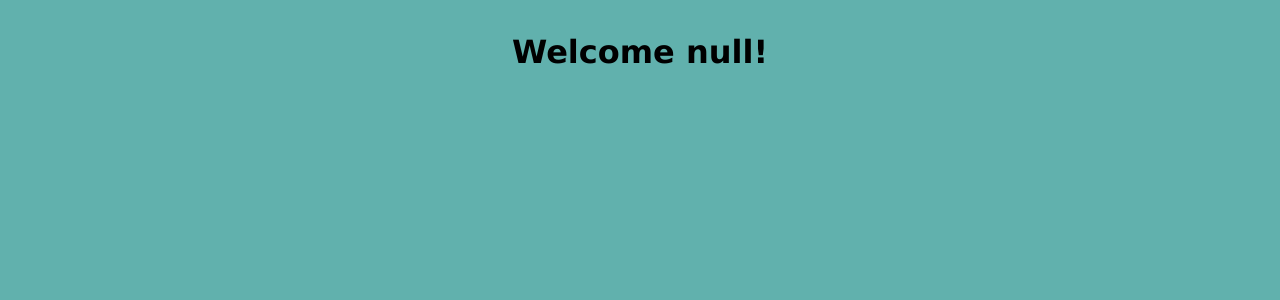
Repository: orsolyanemet/WebProject
Page: http://localhost/Project/userhome.jsp
The author's editor kept a copy of each file at every save. The page is drawn from the files as they stood at one save, then again after the next save.
The browser window is 1280 px wide. The pictures show the whole page.
The page is served by Tomcat 9. Nobody is signed in. The application's start-up code is not run. Other server files are loaded and not shown.

Above is the page before, as saved 2018-06-11 19:58:23.

### Project/WebContent/userhome.jsp
<!--Nemet Orsolya, noim1553, 532/1 csoport, Project -->
<!DOCTYPE html>
<html>
<head>
<title>Event Organizer</title>
<link rel="stylesheet" type="text/css" href="styles/loginStyle.css">
</head>
<body>
	<h1>
		Welcome
		<%
		out.print(request.getSession().getAttribute("logedUsername"));
	%>!
	</h1>

</body>
</html>

### Project/WebContent/styles/loginstyle.css
/*Nemet Orsolya, noim1553, 532 csoport*/
/*Project*/
body{
	background-color: #61b1ad;
}
h1 {
	text-align: center;
	font-family: Verdana;
	padding: 12px 20px;
}
h2,h3,h4{
	font-family: Verdana;
}
form{
	margin-left: 25%;
	margin-right: 25%;
	width: 50%;
	display: inline-block;
	text-align: center;
}

form > label{
	font-family: Verdana;
	font-size: 8pt;
	padding-top: -3px;
	color: red;
}

form > label > .important{
	font-size: 9pt;
	font-weight: 900;
}
input[type=text]{
	width: 50%;
	padding: 12px 20px;
	margin: 8px 0;
	box-sizing: border-box;
}
input[type=password]{
	width: 50%;
	padding: 12px 20px;
	margin: 8px 0;
	box-sizing: border-box;
}
input[type=submit]{
	width: 35%;
    border: none;
    color: black;
    padding: 16px 32px;
    text-decoration: none;
    font-weight:  bold;
    text-align: center;
    margin: 4px 2px;
    cursor: pointer;
}

After the next save:
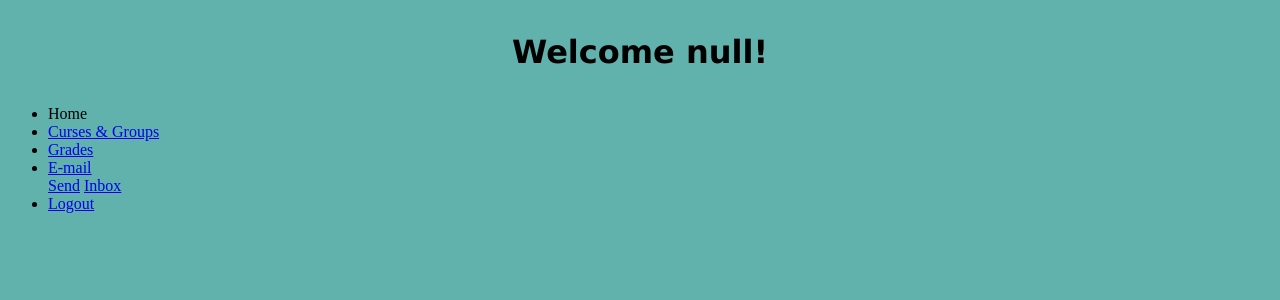
Saved 30 s later.
--- a/Project/WebContent/userhome.jsp
+++ b/Project/WebContent/userhome.jsp
@@ -12,6 +12,18 @@
 		out.print(request.getSession().getAttribute("logedUsername"));
 	%>!
 	</h1>
-
+	<ul>
+		<li><a class="active">Home</a></li>
+		<li><a href="admin/Curses.jsp">Curses & Groups</a></li>
+		<li><a href="admin/Grades.jsp">Grades</a></li>
+		<div class="dropdown">
+			<li class="dropbtn"><a href="#inbox">E-mail</a>
+				<div class="dropdown-content">
+					<a href="admin/Send.jsp">Send</a> <a href="admin/Inbox.jsp">Inbox</a>
+				</div>
+		</div>
+		</li>
+		<li class="right" onclick="logout('')"><a href="#logout">Logout</a></li>
+	</ul>
 </body>
 </html>
